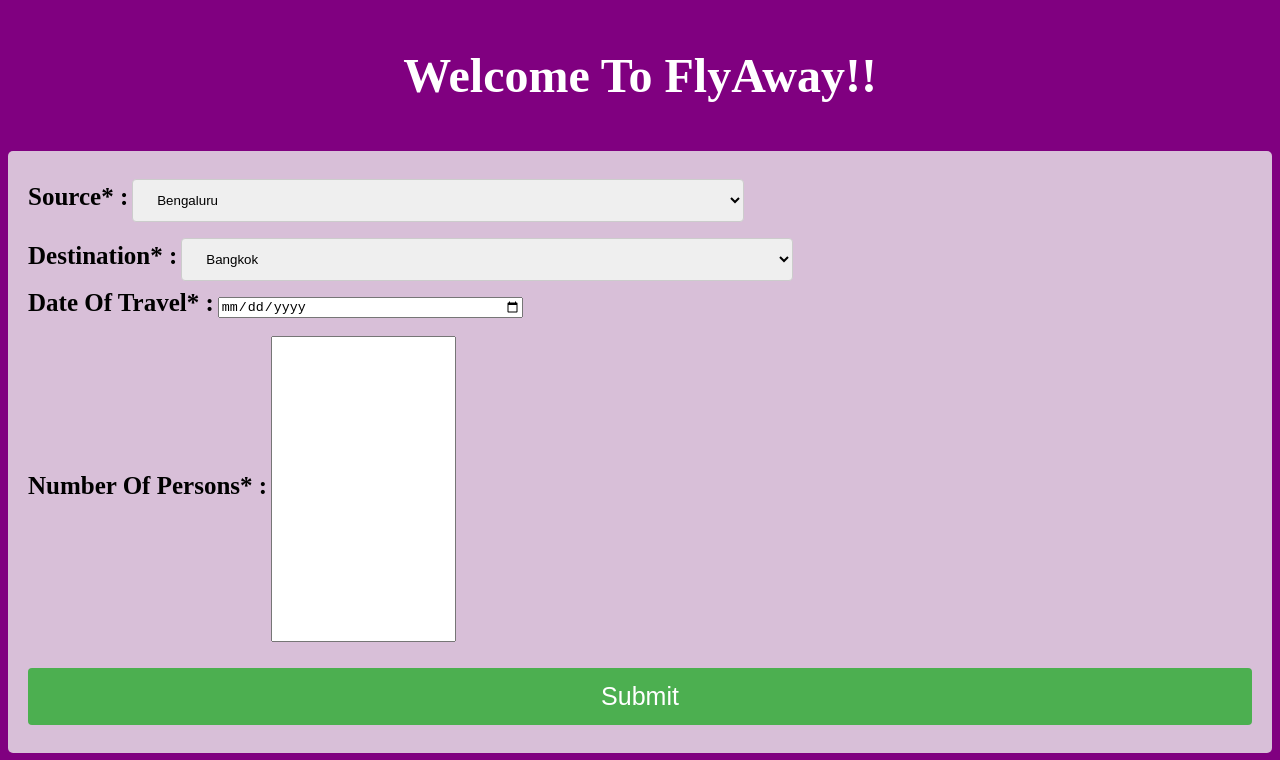
Repository: KanimozhiThandapani/Phase2AirlineBookingProject
Page: http://localhost/AirlineBooking/homepage.jsp
These files come from the project's save history. The page is drawn as it stood at one moment and after the next save; the edit follows.
The browser window is 1280 px wide. The pictures show the whole page.
The page is served by Tomcat 9. Other server files are loaded and not shown.

Above is the page before, as saved 2022-04-22 10:41:36.

### AirlineBooking/WebContent/homepage.jsp
<!DOCTYPE html>
<html>
<style>
input[type=text], select {
  width: 50%;
  padding: 12px 20px;
  margin: 8px 0;
  display: inline-block;
  border: 1px solid #ccc;
  border-radius: 4px;
  box-sizing: border-box;
}

input[type=submit] {
  width: 100%;
  background-color: #4CAF50;
  color: white;
  padding: 14px 20px;
  margin: 8px 0;
  border: none;
  border-radius: 4px;
  cursor: pointer;
  text-align: center;
}

input[type=submit]:hover {
  background-color: #45a049;
  text-align: center;
}

div {
  border-radius: 5px;
  background-color: thistle;
  padding: 20px;
}

h3 {
  text-align: center;
  font-size: 3em;
  color: white;
}
</style>
<body style="background-color:purple;">


<h3>Welcome To FlyAway!!</h3>

<div>
  <form action="flightDetails" method="get">

    <label for="source" style="font-size: 25px"><strong>Source* :</strong></label>
    <select id="source" name="source">
      <option value="bengaluru">Bengaluru</option>
      <option value="chennai">Chennai</option>
      <option value="kochi">Kochi</option>
      <option value="mumbai">Mumbai</option>
    </select><br>

    <label for="destination" style="font-size: 25px"><strong>Destination* :</strong></label>
    <select id="destination" name="destination">
      <option value="bangkok">Bangkok</option>
      <option value="bengaluru">Bengaluru</option>
      <option value="mumbai">Mumbai</option>
      <option value="newDelhi">New Delhi</option>
    </select><br>

    <label for="dateOfTravel" style="font-size: 25px"><strong>Date Of Travel* :</strong></label>
    <input type="date" id="dot" name="dot" style="width: 300px;" required><br><br>

    <label for="numberOfPersons" style="font-size: 25px"><strong>Number Of Persons* :</strong></label>
    <input type="number" name="numberOfPersons" style="height: 300px;" required><br><br>

    <input type="submit" value="Submit" style="font-size: 25px">
  </form>
</div>

</body>
</html>

After the next save:
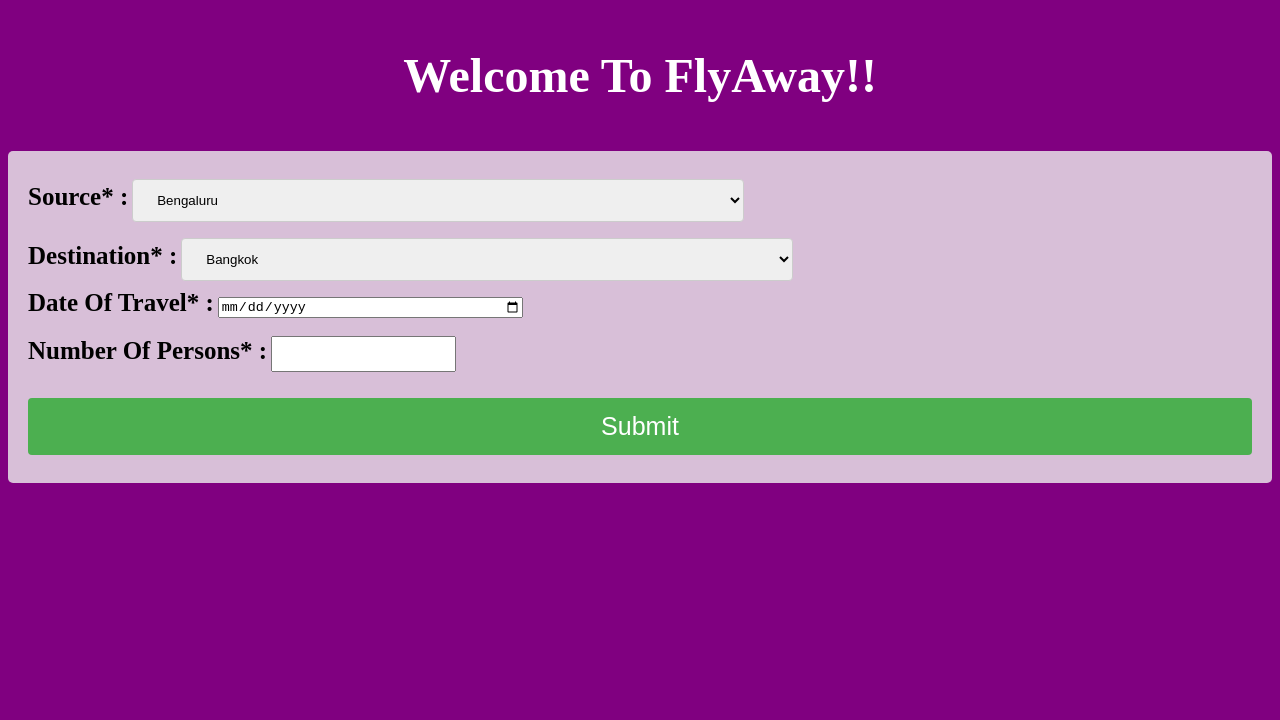
Saved 4 s later.
--- a/AirlineBooking/WebContent/homepage.jsp
+++ b/AirlineBooking/WebContent/homepage.jsp
@@ -68,7 +68,7 @@
     <input type="date" id="dot" name="dot" style="width: 300px;" required><br><br>
 
     <label for="numberOfPersons" style="font-size: 25px"><strong>Number Of Persons* :</strong></label>
-    <input type="number" name="numberOfPersons" style="height: 300px;" required><br><br>
+    <input type="number" name="numberOfPersons" style="height: 30px;" required><br><br>
 
     <input type="submit" value="Submit" style="font-size: 25px">
   </form>
